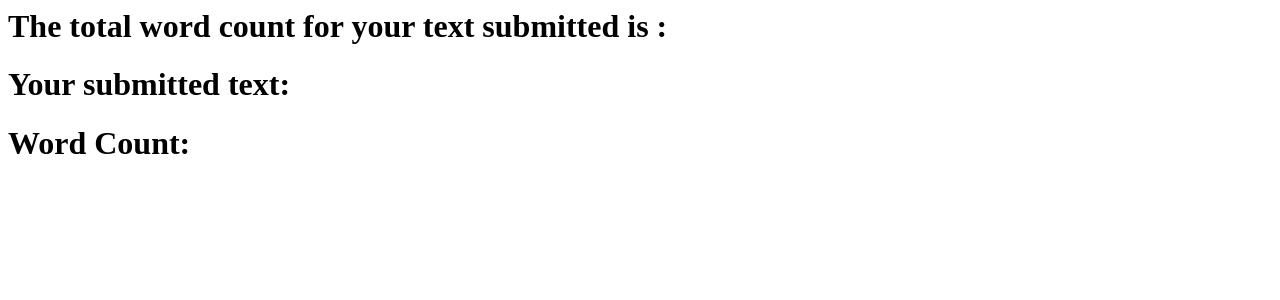
Repository: Space20001/word-count-project
Page: templates/count/counted.html
The author's editor kept a copy of each file at every save. The page is drawn from the files as they stood at one save, then again after the next save.
The browser window is 1280 px wide. The pictures show the whole page.
The page is served by the project's application, run on Django 3.2 (manage.py). The template is opened directly, without the code that normally fills it, so the values that code supplies are empty.

Above is the page before, as saved 2020-04-19 21:58:24.

After the next save:
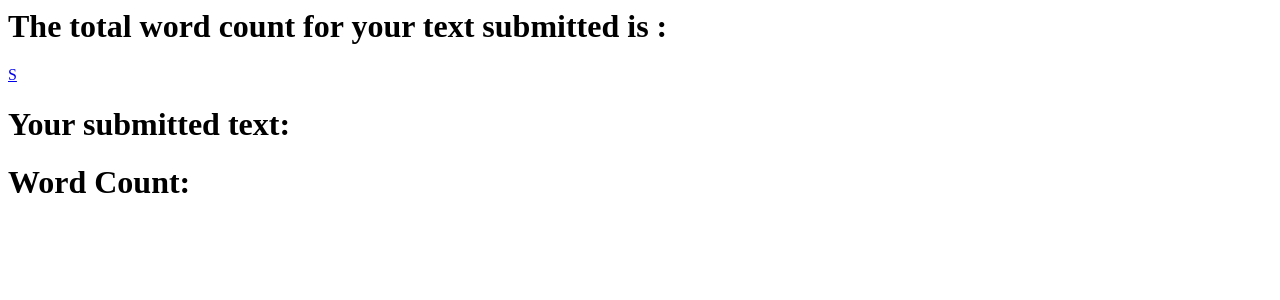
Saved 4 s later.
--- a/templates/count/counted.html
+++ b/templates/count/counted.html
@@ -1,5 +1,5 @@
 <h1>The total word count for your text submitted is {{ count }}:</h1>
-<a href="{% url 'home'%}" ></a>
+<a href="{% url 'home'%}" >S</a>
 <h1>Your submitted text:</h1>
 {{ fulltext }}
 

After the save that followed:
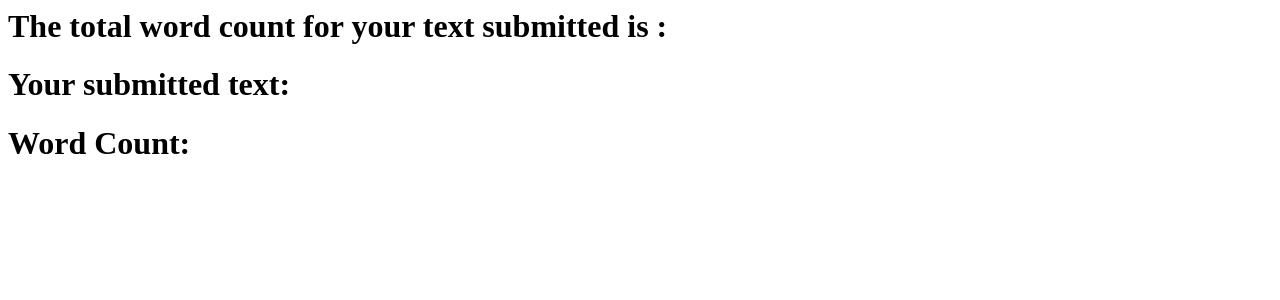
Saved 4 s later.
--- a/templates/count/counted.html
+++ b/templates/count/counted.html
@@ -1,5 +1,5 @@
 <h1>The total word count for your text submitted is {{ count }}:</h1>
-<a href="{% url 'home'%}" >S</a>
+<a href="{% url 'home'%}" ></a>
 <h1>Your submitted text:</h1>
 {{ fulltext }}
 
